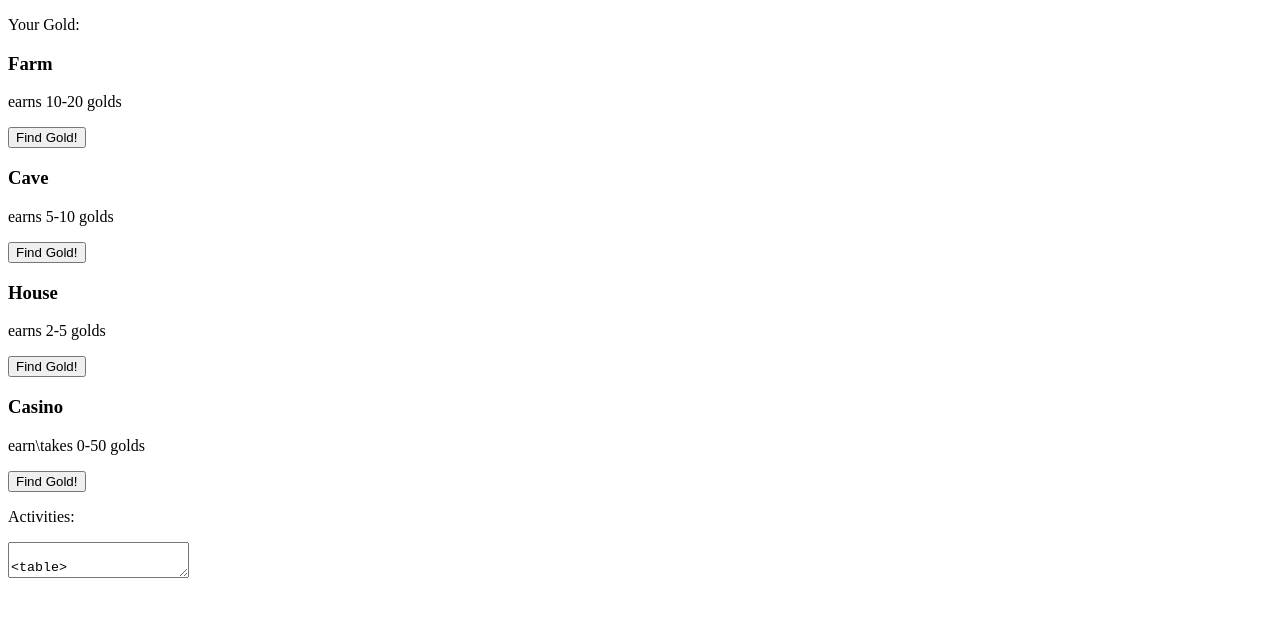
Repository: bvnger/Ninja_gold_flask
Page: http://localhost/
The author's editor kept a copy of each file at every save. The page is drawn from the files as they stood at one save, then again after the next save.
The browser window is 1280 px wide. The pictures show the whole page.
The page is served by the project's application, run on Flask 3 (server.py).

Above is the page before, as saved 2019-11-04 12:52:59.

After the next save:
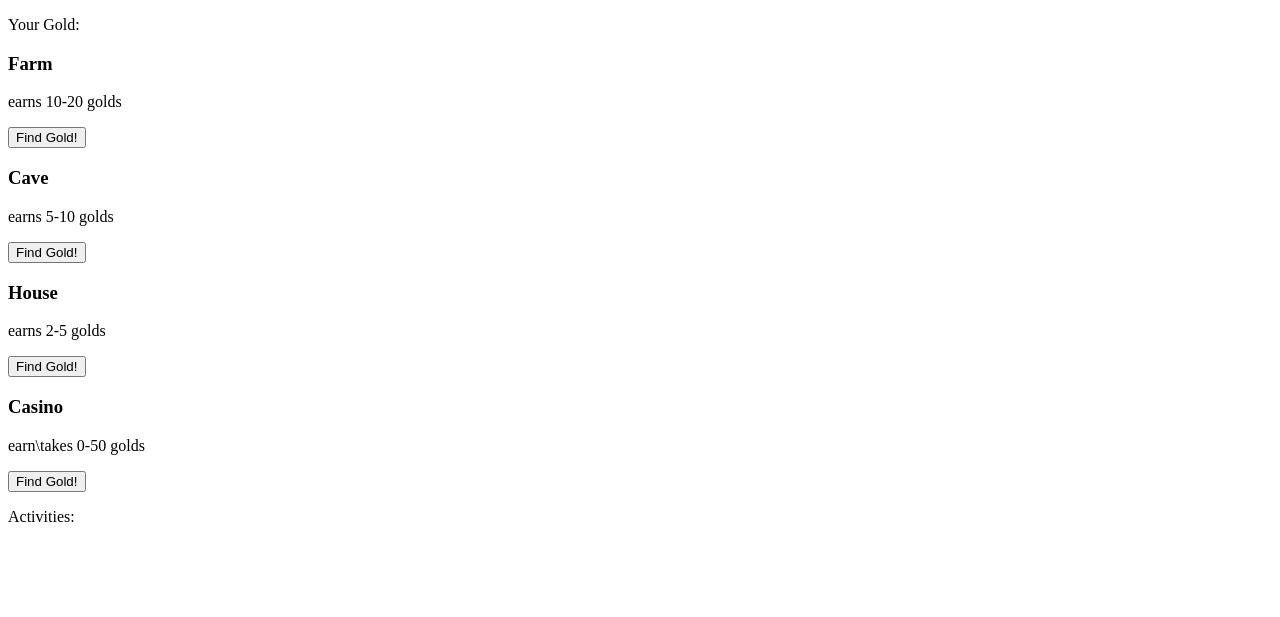
Saved 25 s later.
--- a/templates/index.html
+++ b/templates/index.html
@@ -40,13 +40,13 @@
         </div>
         <div class ="bot">
             <p>Activities:</p>
-            <textarea>
+            <!-- <textarea> -->
                 <table>
                     <td>
                         {{activities}}
                     </td>
                 </table>
-            </textarea>
+            <!-- </textarea> -->
 
         </div>
     </div>
